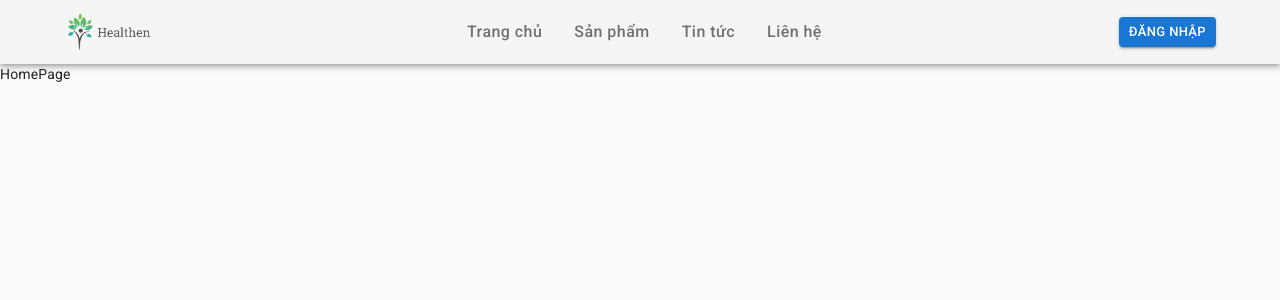
Repository: ndtrung341/Bao_Cao_PTW
Page: / (app in client/)
The author's editor kept a copy of each file at every save. The page is drawn from the files as they stood at one save, then again after the next save.
The browser window is 1280 px wide. The pictures show the whole page.
The project was rebuilt for these pictures with package versions that can differ from the ones it lists, and the page was loaded fresh each time. Also part of the build but not shown: client/src/App.css, client/src/features/cart/index.jsx.

Above is the page before, as saved 2022-03-24 14:51:44.

After the next save:
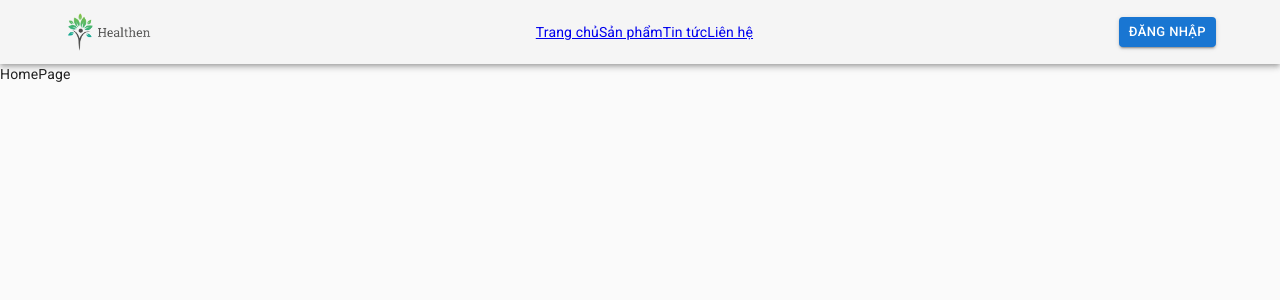
Saved 70 s later.
--- a/client/src/components/Header/HeaderMenu.jsx
+++ b/client/src/components/Header/HeaderMenu.jsx
@@ -3,6 +3,7 @@
 import MenuIcon from '@mui/icons-material/Menu';
 import { NAV_LINKS } from 'constants';
 import { makeStyles } from '@material-ui/core';
+import { NavLink } from 'react-router-dom';
 
 const useStyles = makeStyles((theme) => ({
    menu: {
@@ -36,17 +37,17 @@
          {/* MENU MOBILE */}
          <Box sx={{ flexGrow: 1, flexShrink: 0, display: { xs: 'flex', md: 'none' } }}>
             <IconButton
-               size="large"
-               aria-label="account of current user"
-               aria-controls="menu-appbar"
-               aria-haspopup="true"
+               size='large'
+               aria-label='account of current user'
+               aria-controls='menu-appbar'
+               aria-haspopup='true'
                onClick={handleOpenNavMenu}
-               color="inherit"
+               color='inherit'
             >
                <MenuIcon />
             </IconButton>
             <Menu
-               id="menu-appbar"
+               id='menu-appbar'
                anchorEl={anchorElNav}
                anchorOrigin={{
                   vertical: 'bottom',
@@ -65,7 +66,7 @@
             >
                {NAV_LINKS.map((item) => (
                   <MenuItem key={item.name} onClick={handleCloseNavMenu}>
-                     <Typography textAlign="center">{item.name}</Typography>
+                     <Typography textAlign='center'>{item.name}</Typography>
                   </MenuItem>
                ))}
             </Menu>
@@ -73,14 +74,11 @@
          {/* END MENU MOBILE */}
 
          {/* MENU PC */}
-         <Box
-            sx={{ flexGrow: 1, flexShrink: 0, display: { xs: 'none', md: 'flex' } }}
-            className={classes.menu}
-         >
+         <Box sx={{ flexGrow: 1, flexShrink: 0, display: { xs: 'none', md: 'flex' } }} className={classes.menu}>
             {NAV_LINKS.map((item) => (
-               <Button key={item.name} onClick={handleCloseNavMenu}>
+               <NavLink key={item.name} onClick={handleCloseNavMenu}>
                   {item.name}
-               </Button>
+               </NavLink>
             ))}
          </Box>
       </>

After the 3 saves that followed:
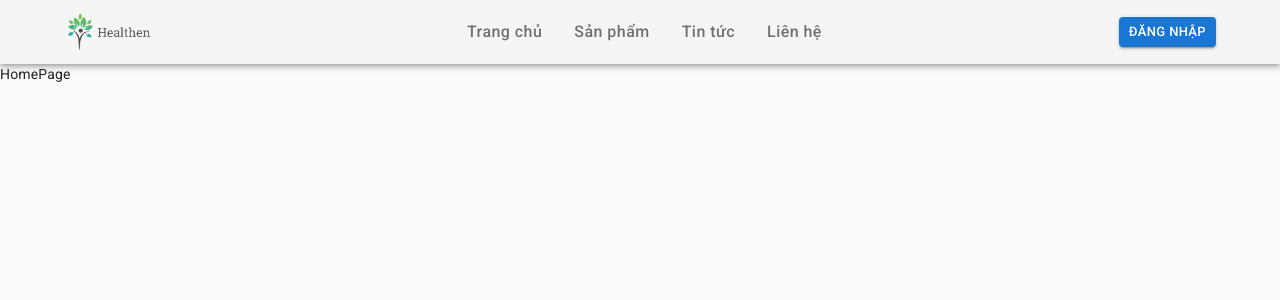
The 3 saves are shown as one change because 2 left the picture as it was.
The last was saved 113 s later.
--- a/client/src/components/Header/HeaderMenu.jsx
+++ b/client/src/components/Header/HeaderMenu.jsx
@@ -3,7 +3,6 @@
 import MenuIcon from '@mui/icons-material/Menu';
 import { NAV_LINKS } from 'constants';
 import { makeStyles } from '@material-ui/core';
-import { NavLink } from 'react-router-dom';
 
 const useStyles = makeStyles((theme) => ({
    menu: {
@@ -73,12 +72,12 @@
          </Box>
          {/* END MENU MOBILE */}
 
-         {/* MENU PC */}
+         {/* MENU */}
          <Box sx={{ flexGrow: 1, flexShrink: 0, display: { xs: 'none', md: 'flex' } }} className={classes.menu}>
             {NAV_LINKS.map((item) => (
-               <NavLink key={item.name} onClick={handleCloseNavMenu}>
+               <Button key={item.name} onClick={handleCloseNavMenu}>
                   {item.name}
-               </NavLink>
+               </Button>
             ))}
          </Box>
       </>
